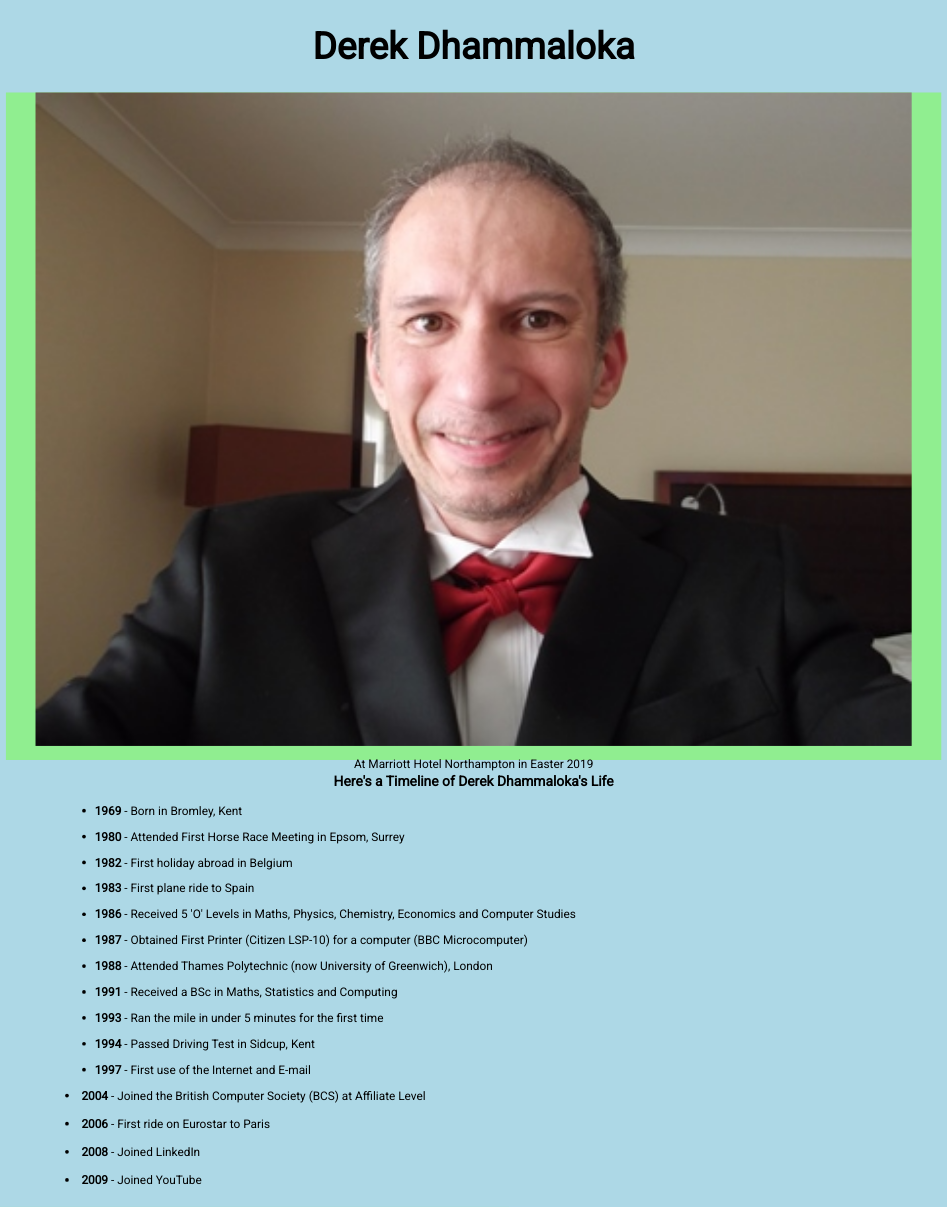
Repository: derektypist/tribute-page
Page: index.html
The author's editor kept a record of every edit. The page is drawn from the files as they stood at one moment, then again after the next edit.
The browser window is 1280 px wide. The pictures show the whole page, at 74% of full size.

Above is the page before.

### index.html
<!DOCTYPE html>
<html lang="en">

<head>
    <meta charset="UTF-8">
    <meta name="viewport" content="width=device-width, initial-scale=1.0">
    <meta http-equiv="X-UA-Compatible" content="ie=edge">
    <title>Derek Dhammaloka Tribute Page</title>
    <!-- Load Style Sheets -->
    <link href="https://fonts.googleapis.com/css?family=Roboto&display=swap" rel="stylesheet">
    <style>
        /* Main Styles */

        #main {
            font-family: "Roboto", Arial, Verdana, sans-serif;
            background-color: lightblue;
            text-align: center;
        }



        /* Title */

        #title {
            font-weight: 700;
            font-size: 50px;

        }


        /* Images */

        #img-div {
            background-color: lightgreen;
        }

        #image {
            width: 100%;
            display: block;
            height: auto;
        }

        #img-caption {
            position: relative;
            top: 15px;
        }

        /* Tribute Info */

        #tribute-info {

            text-align: left;
            margin-left: 80px;

        }
    </style>
</head>

<body id="main">
    <!-- Set Header Element -->
    <header>
        <h1 id="title">Derek Dhammaloka</h1>
    </header>

    <!-- Set Main Element -->
    <main>

        <!-- Display Image with its Caption -->
        <div id="img-div">

            <figure>
                <img src="derek.JPG" id="image" title="At Marriott Hotel Northampton - Easter 2019" alt="At Marriott Hotel Northampton - Easter 2019">
                <figcaption id="img-caption">At Marriott Hotel Northampton in Easter 2019</figcaption>
            </figure>
        </div>
        <section>
            <h3>Here's a Timeline of Derek Dhammaloka's Life</h3>
            <!-- Display Tribute Information -->
            <article id="tribute-info">
                <!-- Display Information for 1969 -->
                <ul>
                    <li><strong>1969 </strong>- Born in Bromley, Kent</li>
                </ul>

                <!-- Display Information for 1980 -->
                <ul>
                    <li><strong>1980 </strong>- Attended First Horse Race Meeting in Epsom, Surrey</li>
                </ul>

                <!-- Display Information for 1982 -->
                <ul>
                    <li><strong>1982 </strong>- First holiday abroad in Belgium</li>
                </ul>

                <!-- Display Information for 1983 -->
                <ul>
                     <li><strong>1983 </strong>- First plane ride to Spain</li>
                </ul>

                <!-- Display Information for 1986 -->
                <ul>
                    <li><strong>1986 </strong>- Received 5 'O' Levels in Maths, Physics, Chemistry, Economics and Computer Studies</li>
                </ul>

                <!-- Display Information for 1987 -->
                <ul>
                    <li><strong>1987 </strong>- Obtained First Printer (Citizen LSP-10) for a computer (BBC Microcomputer)</li>
                </ul>


                <!-- Display Information for 1988 -->
                <ul>
                    <li><strong>1988 </strong>- Attended Thames Polytechnic (now University of Greenwich), London</li>
                </ul>

                <!-- Display Information for 1991 -->
                <ul>
                   <li><strong>1991 </strong>- Received a BSc in Maths, Statistics and Computing</li>
                </ul>

                <!-- Display Information for 1993 -->
                <ul>
                    <li><strong>1993 </strong>- Ran the mile in under 5 minutes for the first time</li>
                </ul>

                <!-- Display Information for 1994 -->
                <ul>
                    <li><strong>1994 </strong>- Passed Driving Test in Sidcup, Kent</li>
                </ul>

                <!-- Display Information for 1997 -->
                <ul>
                    <li><strong>1997 </strong>- First use of the Internet and E-mail</li>
                </ul>
                <li><strong>2004 </strong>- Joined the British Computer Society (BCS) at Affiliate Level</li>
                <br>
                <li><strong>2006 </strong>- First ride on Eurostar to Paris</li>
                <br>
                <li><strong>2008 </strong>- Joined LinkedIn</li>
                <br>
                <li><strong>2009 </strong>- Joined YouTube</li>
                <br>
            </article>
        </section>
    </main>
</body>

</html>

After the next edit:
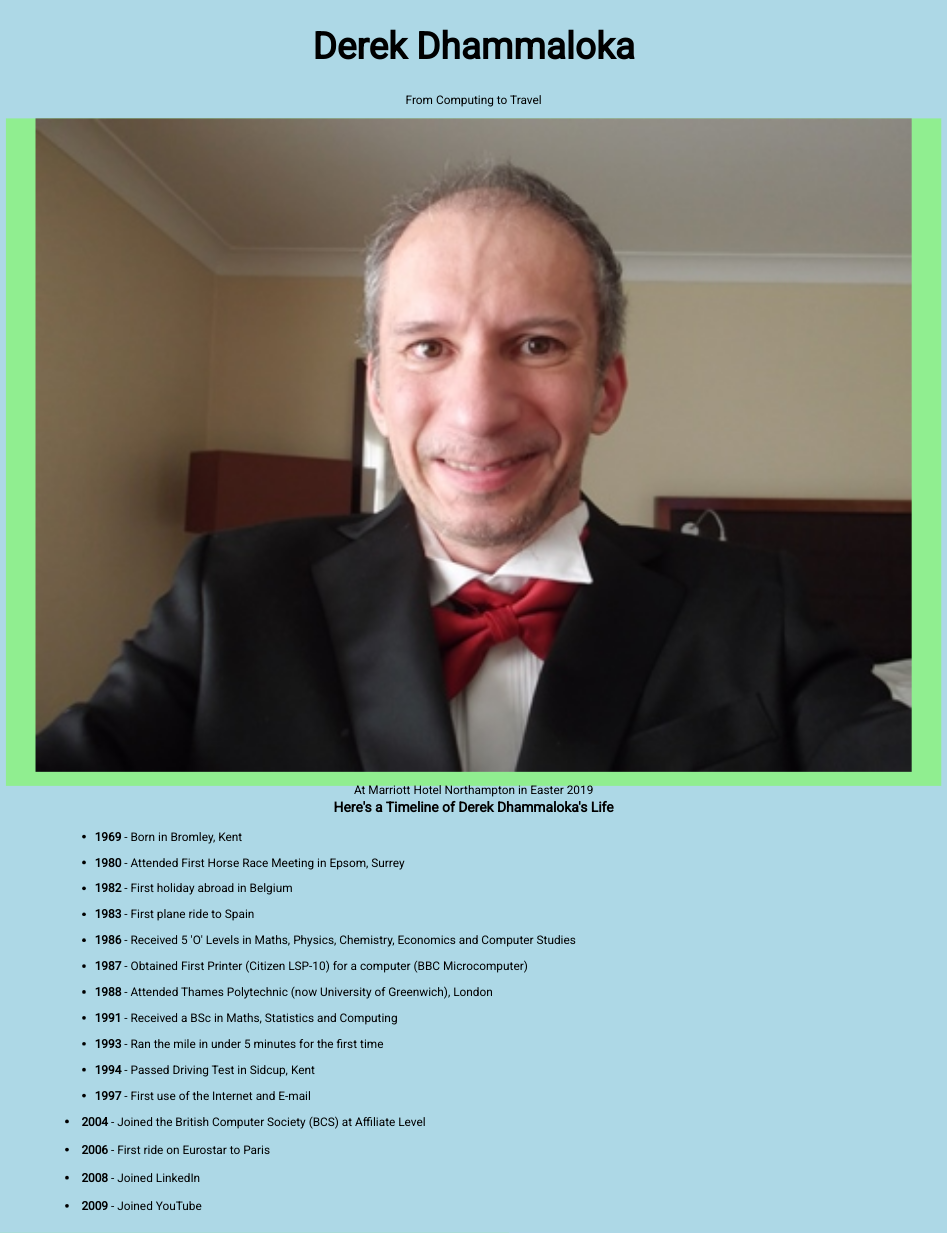
The edit:
--- a/index.html
+++ b/index.html
@@ -60,6 +60,7 @@
     <!-- Set Header Element -->
     <header>
         <h1 id="title">Derek Dhammaloka</h1>
+        <p>From Computing to Travel</p>
     </header>
 
     <!-- Set Main Element -->
